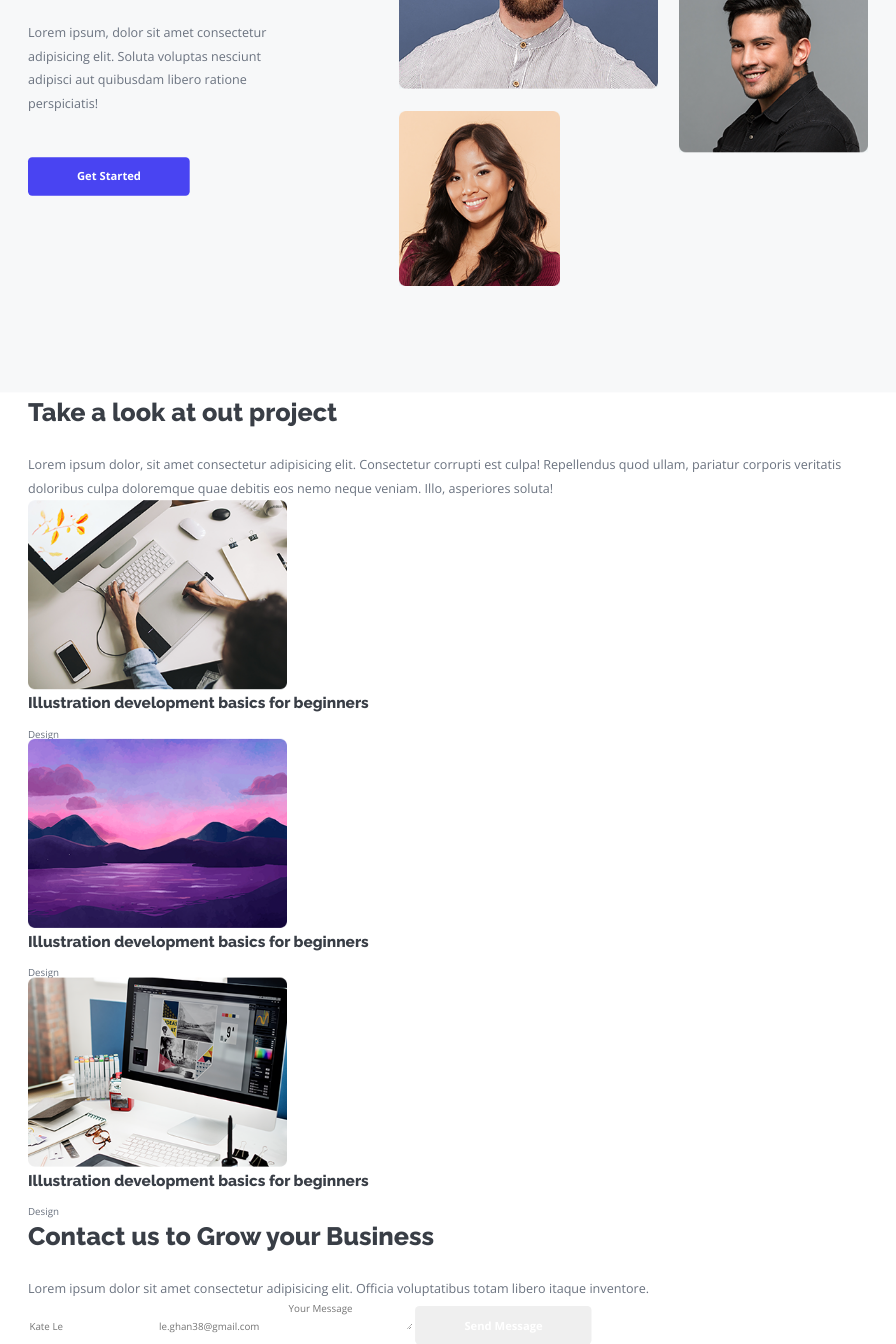
Repository: kate30980/LP-practiceoctavian
Page: index.html
An editor plug-in stored every save of this project. The page is shown before and after the next save, followed by the edit.
The browser window is 1280 px wide. The pictures show the part of the page from y = 4472 to 6392 px (the page is 6392 px tall), at 70% of full size.
The style sheet was rebuilt from its Sass, Less or Tailwind sources for each picture, by a compiler version that may differ from the author's.

Above is the page before, as saved 2021-08-25 17:37:45.

After the next save:
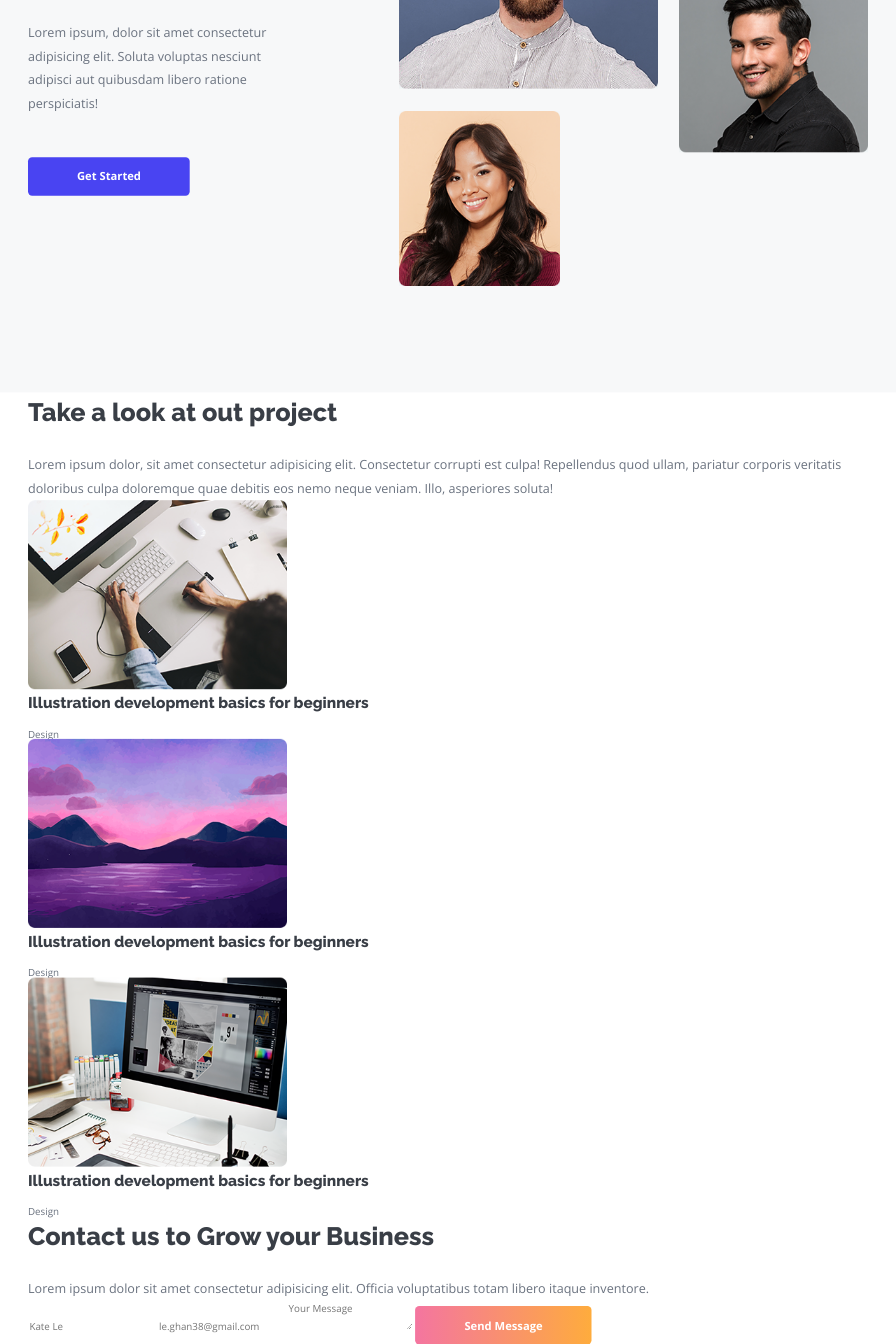
Saved 16 s later.
--- a/sass/_base.scss
+++ b/sass/_base.scss
@@ -42,7 +42,7 @@ input{
         background-color: $blue-color;
         text-decoration: none;
     }
-    &-secondary{
+    &--secondary{
         background-color: transparent;
         background-image:linear-gradient(to right, #f475a0, #feac3d);
     }
